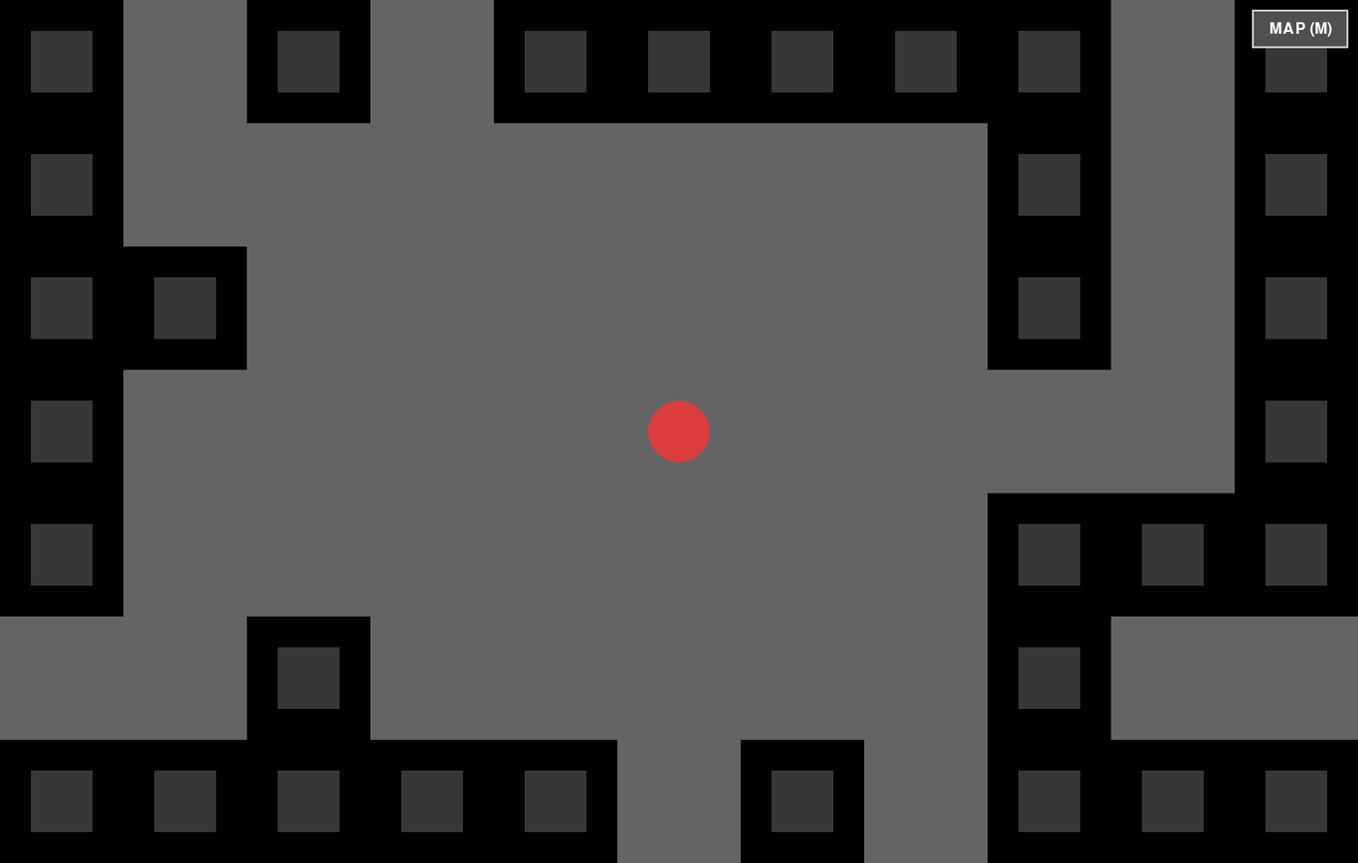
Repository: Nakib-Arman/Game-Jam-2026
Script's output: python main.py
An editor plug-in stored every save of this project. The script's output is shown before and after the next save, followed by the edit.
The pictures are shown at 97% of full size.
Figures wider than 1,400 px are first shrunk to that width. The window is shown after at most 60 frames with no key pressed. Random numbers start from a fixed seed.

Above is the script's output before, as saved 2026-01-25 17:51:03.

After the next save:
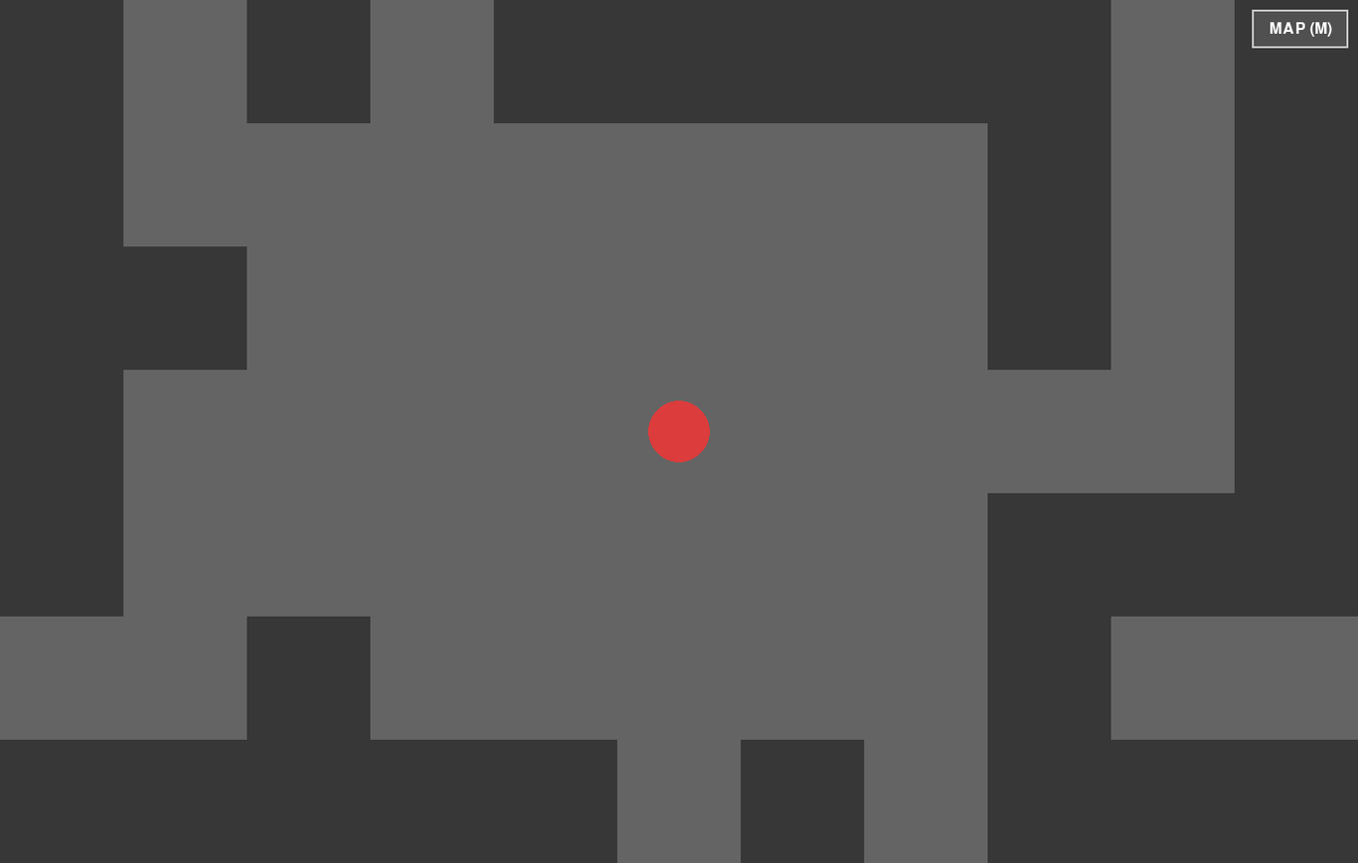
Saved 2 h 47 min later.
--- a/main.py
+++ b/main.py
@@ -13,7 +13,7 @@
 VIEW_COLS = 11
 
 BASE_CELL_SIZE = 128
-WALL_SCALE = 0.5
+WALL_SCALE = 1
 
 MOVE_DELAY = 80
 FPS = 60
